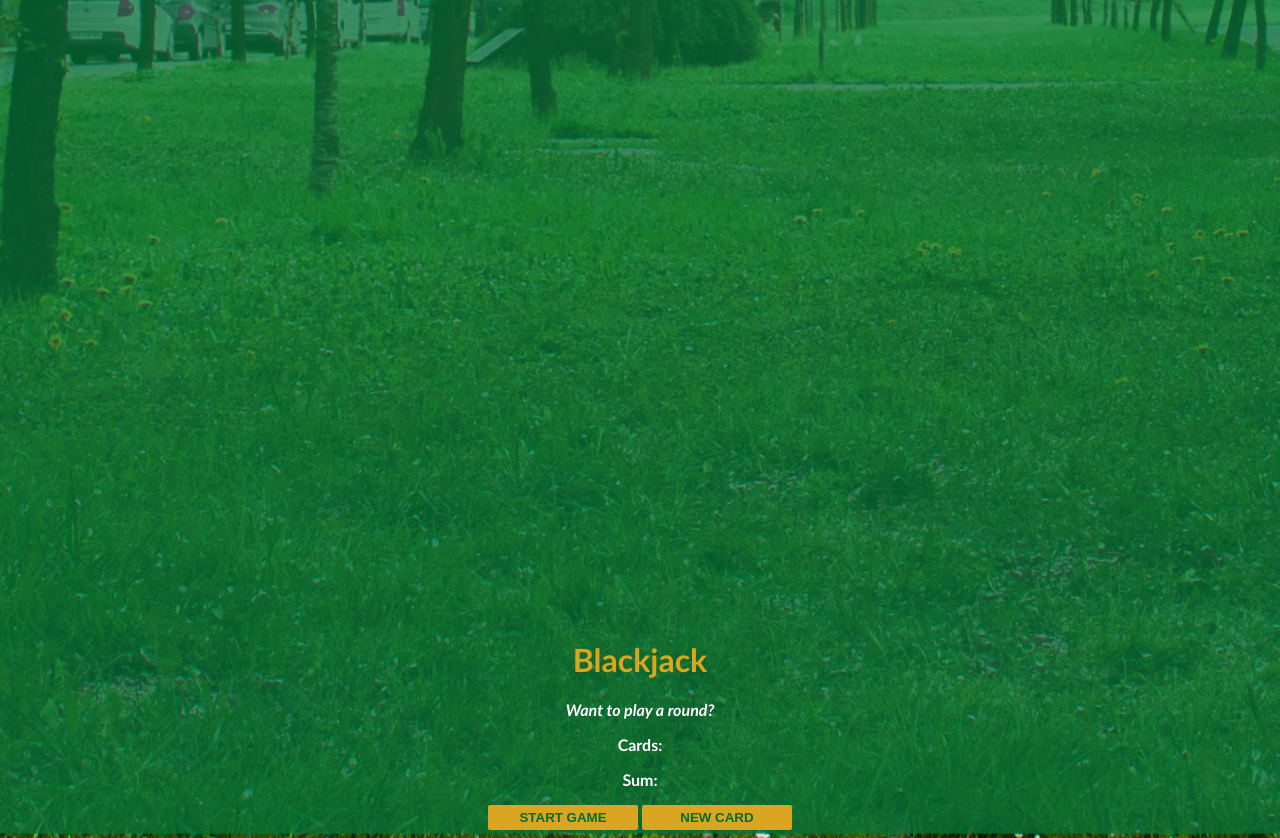
Repository: Samkiroko/black_jack
Page: index.html
An editor plug-in stored every save of this project. The page is shown before and after the next save, followed by the edit.
The browser window is 1280 px wide. The pictures show the whole page.

Above is the page before, as saved 2022-04-29 14:53:35.

After the next save:
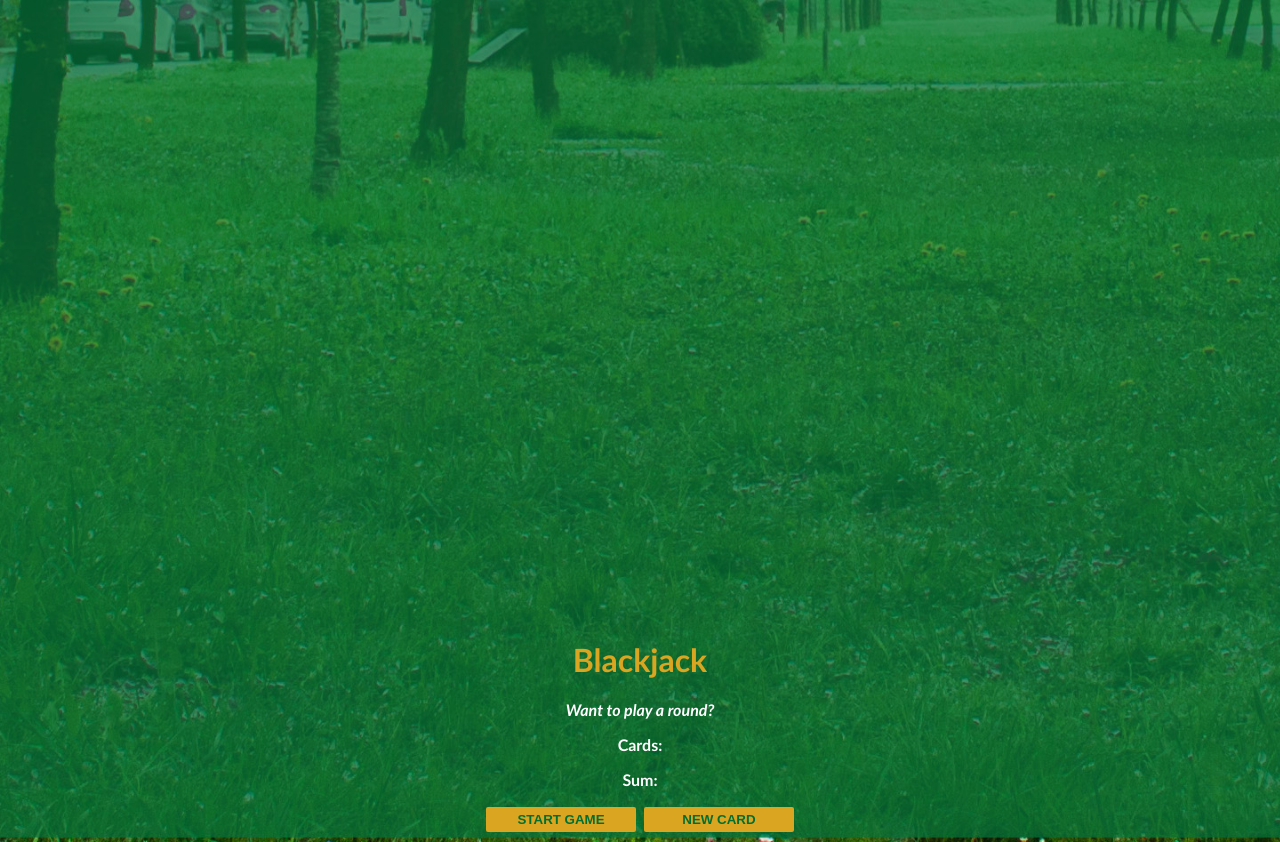
Saved 4 min 12 s later.
--- a/index.css
+++ b/index.css
@@ -32,4 +32,5 @@ button {
     font-weight: bold;
     border: none;
     border-radius: 2px;
+    margin: 2px;
 }
